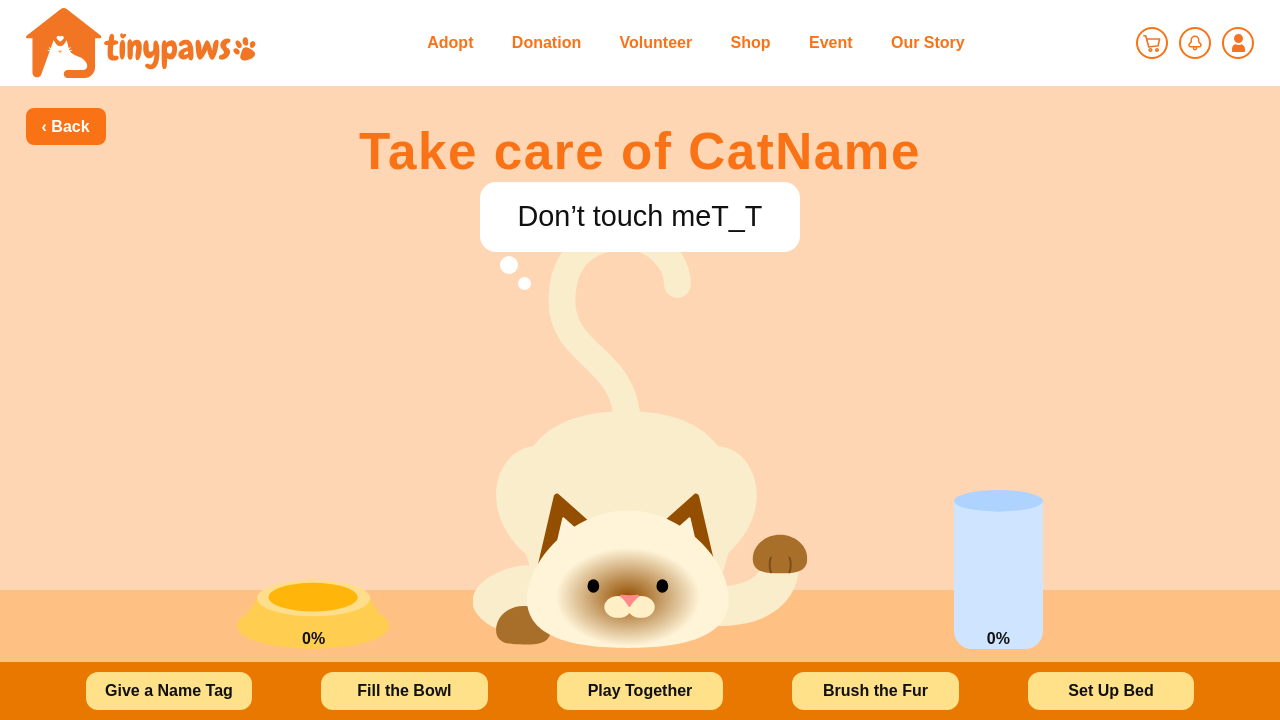
Repository: LShuyanLi/TinyPaws
Page: /, after clicking the first element matching `div > div`
The author's editor kept a copy of each file at every save. The page is drawn from the files as they stood at one save, then again after the next save.
The browser window is 1280 px wide. The pictures show the whole page.
The project was rebuilt for these pictures with package versions that can differ from the ones it lists, and the page was loaded fresh each time. The framework's server and built-in components were replaced by stand-ins that run in the browser. Also part of the build but not shown: next.config.mjs.

Above is the page before, as saved 2026-05-09 23:48:46.

After the next save:
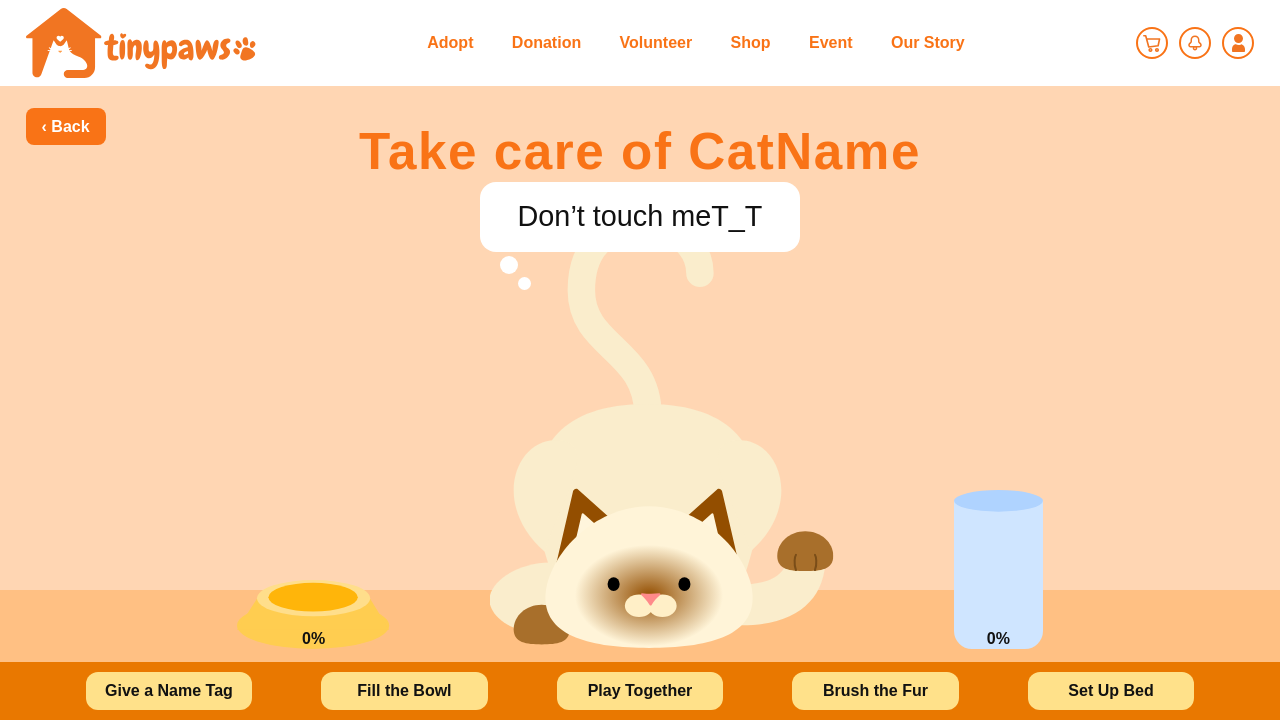
Saved 37 s later.
--- a/components/shared/CatDisplay.jsx
+++ b/components/shared/CatDisplay.jsx
@@ -28,6 +28,14 @@ export default function CatDisplay({
 
   } else if (ballSpeed !== "stop") {
     catImage = "/catcrouch-1.svg";
+
+    catStyle = {
+      ...catStyle,
+      width: "103%",
+      height: "103%",
+      left: "15px",
+    }
+
   }
 
   return (
